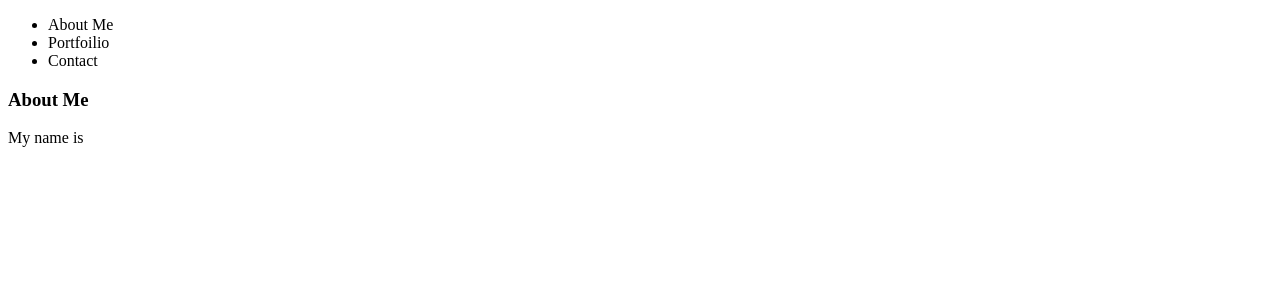
Repository: holyygreg/PortfolioProject
Page: code files/index.html
The author's editor kept a copy of each file at every save. The page is drawn from the files as they stood at one save, then again after a run of saves.
The browser window is 1280 px wide. The pictures show the whole page.

Above is the page before, as saved 2024-08-02 15:13:39.

### code files/index.html
<!DOCTYPE html>
<html lang="en">
<head>
    <meta charset="UTF-8">
    <meta name="viewport" content="width=device-width, initial-scale=1.0">
    <title>Document</title>
</head>

<body>
    <header>
        <nav>
            <ul>
                <li>About Me</li>
                <li>Portfoilio</li>
                <li>Contact</li>
            </ul>
        </nav>
    </header>

    <section>
        <article>
            <h1>About Me</h1>
            <p>My name is </p>
        </article>
    </section>
</body>
</html>

After the next 2 saves:
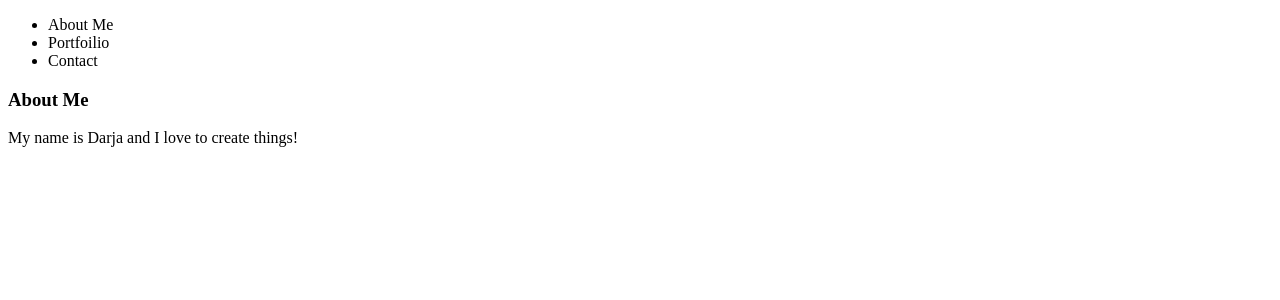
The 2 saves are shown as one change because they came seconds apart.
The last was saved 22 s later.
--- a/code files/index.html
+++ b/code files/index.html
@@ -20,7 +20,7 @@
     <section>
         <article>
             <h1>About Me</h1>
-            <p>My name is </p>
+            <p>My name is Darja and I love to create things!</p>
         </article>
     </section>
 </body>
